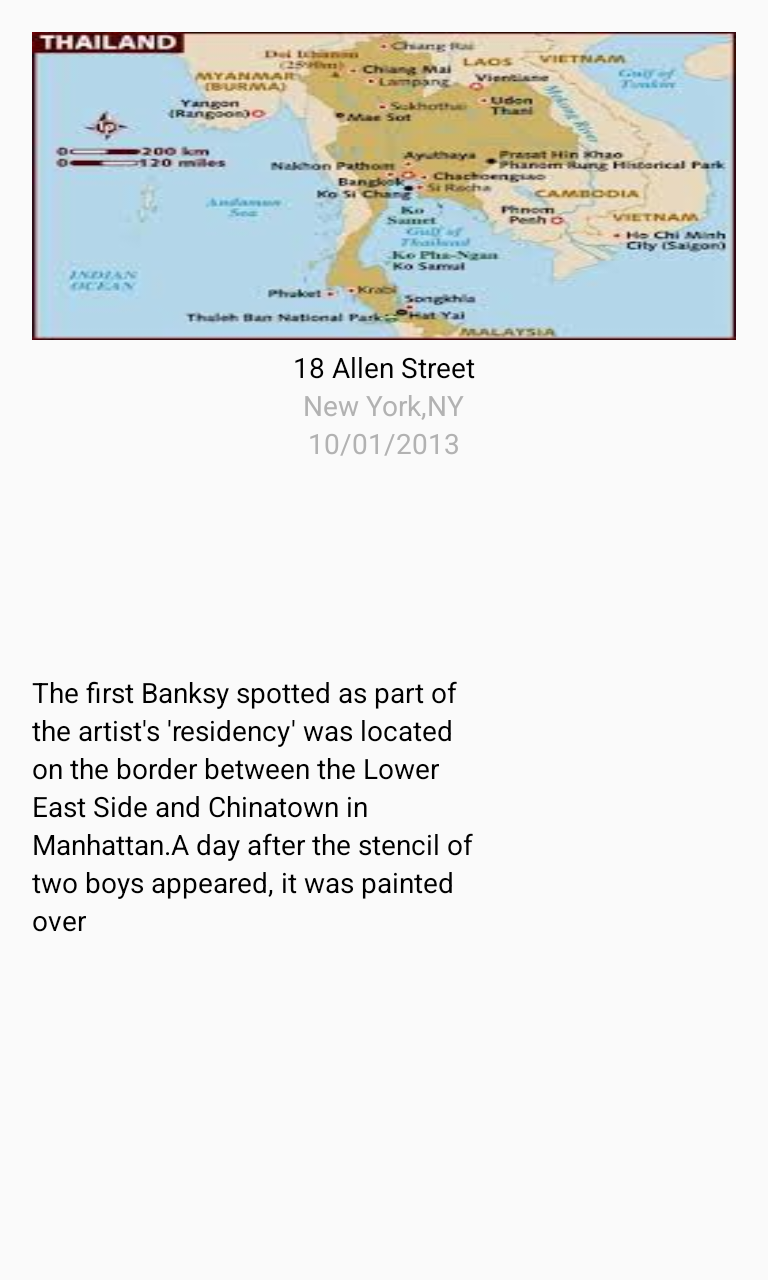
Repository: HarithaAmmuHari/Project
Layout: ExampleAnoop3/res/layout/activity_main.xml
An editor plug-in stored every save of this project. The layout is shown before and after the next save, followed by the edit.
It is drawn on a 768 x 1280 px phone screen (xhdpi) without system bars, with theme AppTheme; the app's code is not run.

Above is the layout before, as saved 2015-01-24 09:54:46.

After the next save:
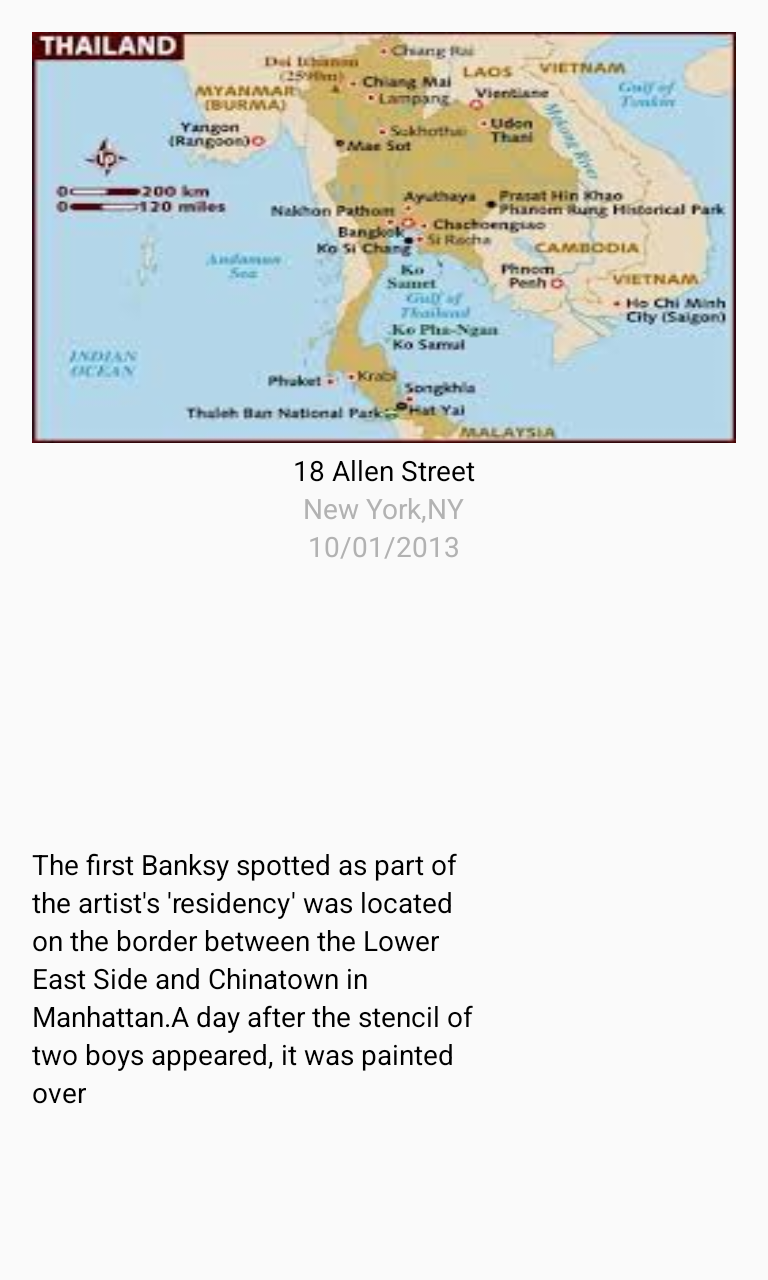
Saved 43 s later.
--- a/ExampleAnoop3/res/layout/activity_main.xml
+++ b/ExampleAnoop3/res/layout/activity_main.xml
@@ -9,7 +9,7 @@
     android:paddingRight="@dimen/activity_horizontal_margin"
     android:paddingTop="@dimen/activity_vertical_margin"
     tools:context="com.example.exampleanoop3.MainActivity"
-    android:weightSum="8.0" >
+    android:weightSum="6.0" >
 
     <RelativeLayout
         android:layout_width="match_parent"
@@ -67,7 +67,7 @@
         android:layout_width="match_parent"
         android:layout_height="wrap_content"
         android:orientation="vertical"
-         android:layout_weight="3.0"
+         android:layout_weight="2.0"
          android:layout_gravity="center">
 
         <TextView
